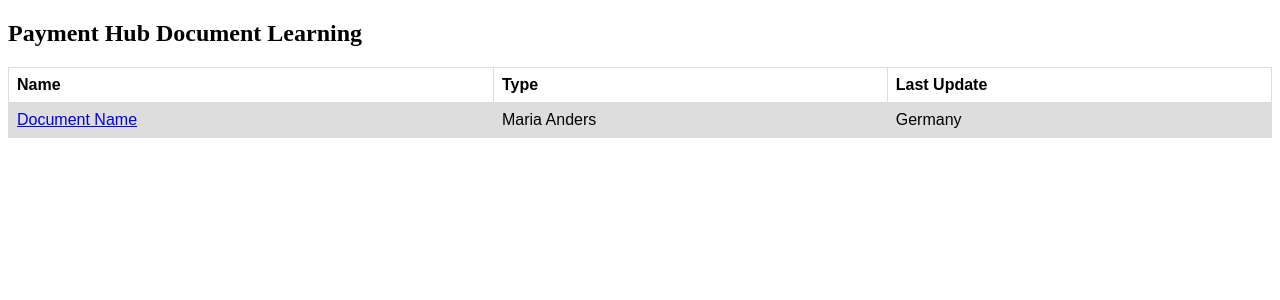
Repository: natzuke06/PMHEwallet
Page: payment/src/main/resources/static/index.html
These files come from the project's save history. The page is drawn as it stood at one moment and after the next save; the edit follows.
The browser window is 1280 px wide. The pictures show the whole page.

Above is the page before, as saved 2018-04-27 02:57:00.

After the next save:
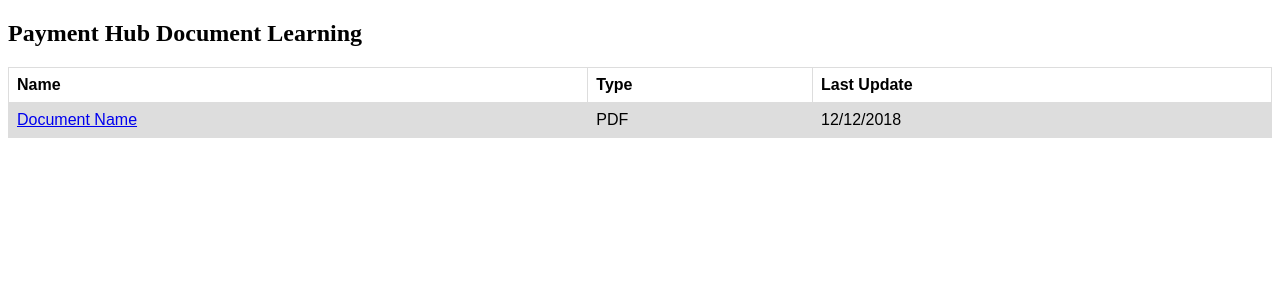
Saved 14 min 2 s later.
--- a/payment/src/main/resources/static/index.html
+++ b/payment/src/main/resources/static/index.html
@@ -31,8 +31,8 @@ tr:nth-child(even) {
   </tr>
   <tr>
     <td><a href="http://localhost:8080/download">Document Name</a></td>
-    <td>Maria Anders</td>
-    <td>Germany</td>
+    <td>PDF</td>
+    <td>12/12/2018</td>
   </tr>
 
 </table>
